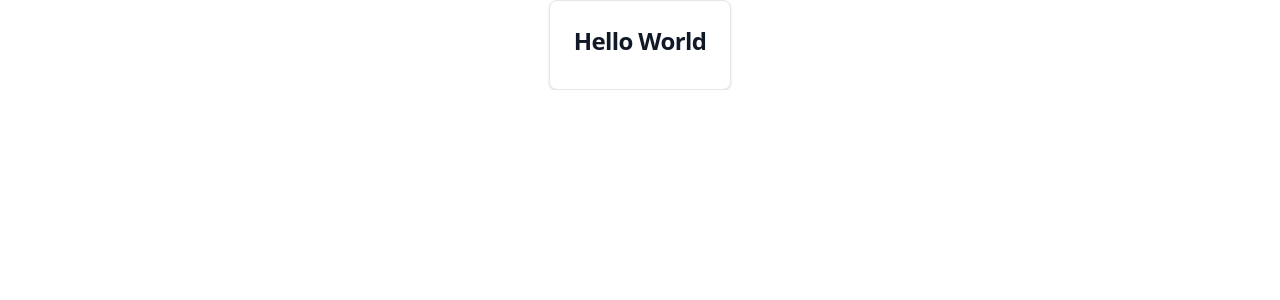
Repository: JetPi/Presentatio-Project
Page: /
An editor plug-in stored every save of this project. The page is shown before and after the next save, followed by the edit.
The browser window is 1280 px wide. The pictures show the whole page.
The project was rebuilt for these pictures with package versions that can differ from the ones it lists, and the page was loaded fresh each time. The framework's server and built-in components were replaced by stand-ins that run in the browser. Also part of the build but not shown: next.config.js.

Above is the page before, as saved 2023-03-30 15:44:03.

After the next save:
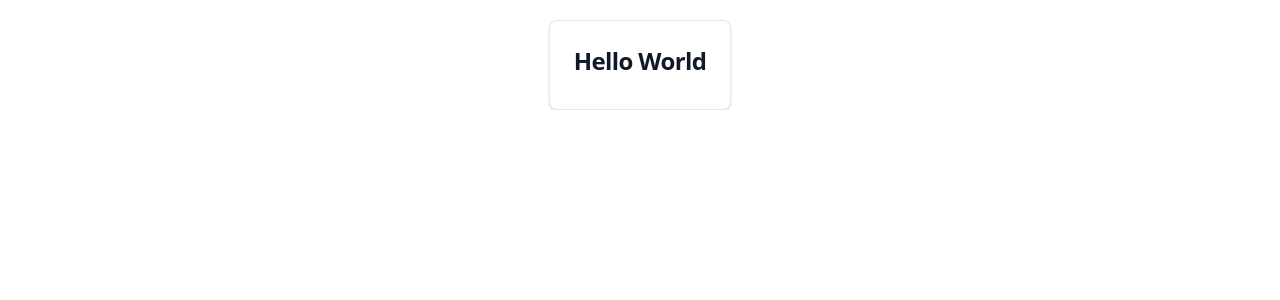
Saved 26 s later.
--- a/src/pages/index.tsx
+++ b/src/pages/index.tsx
@@ -10,7 +10,7 @@ const inter = Inter({ subsets: ["latin"] });
 export default function Home() {
   return (
     <>
-      <div className="flex justify-center">
+      <div className="flex justify-center pt-5">
         <Card href="/aboutme/test">
           <CardTitle>Hello World</CardTitle>
         </Card>
